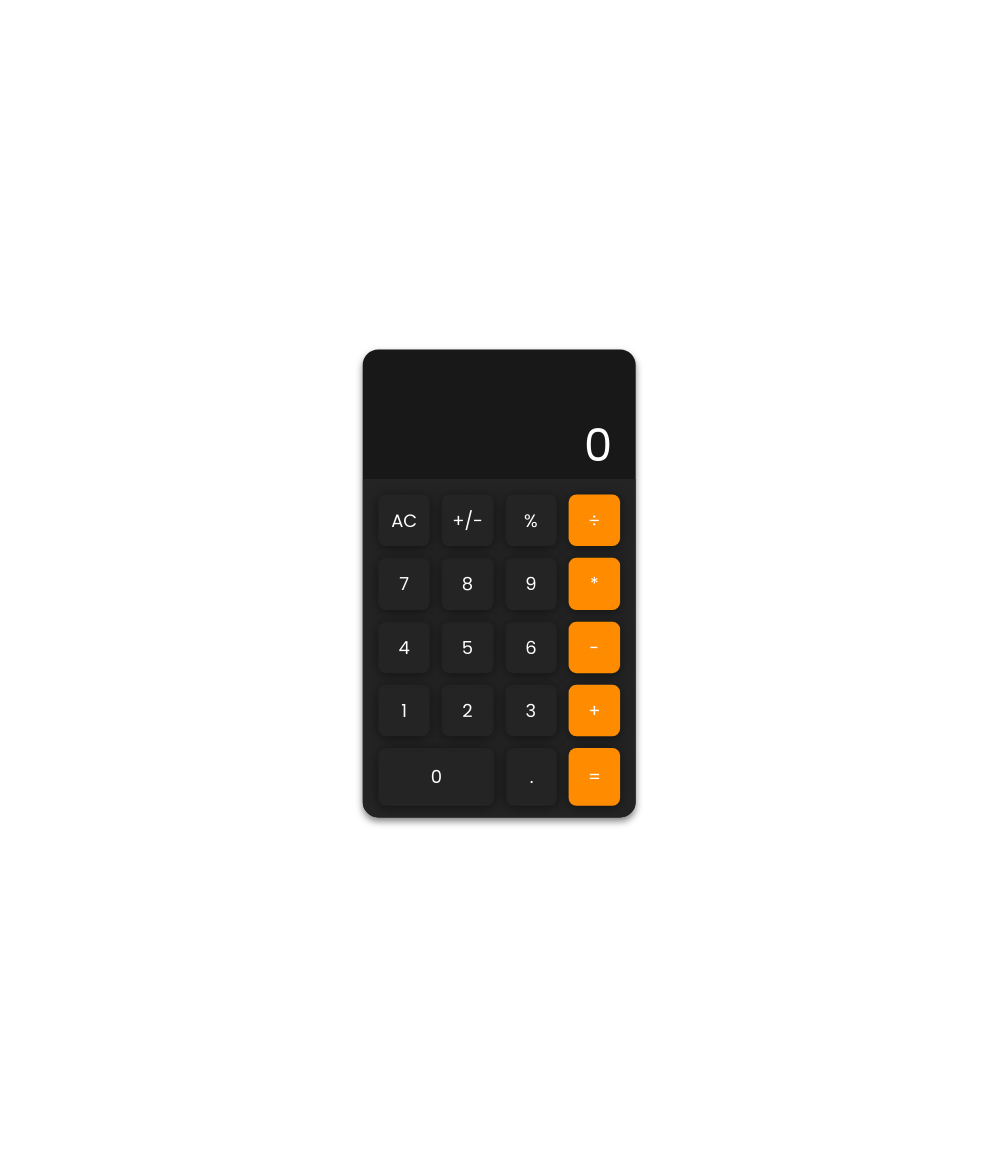
Repository: minhtien9/Calculator
Page: /
An editor plug-in stored every save of this project. The page is shown before and after the next save, followed by the edit.
The browser window is 1280 px wide. The pictures show the whole page, at 78% of full size.
The project was rebuilt for these pictures with package versions that can differ from the ones it lists, and the page was loaded fresh each time.

Above is the page before, as saved 2022-07-21 22:31:09.

### src/index.js
import React from "react";
import ReactDOM from "react-dom/client";
import App from "./App";

const root = ReactDOM.createRoot(document.getElementById("root"));
root.render(
    <React.StrictMode>
        <App />
    </React.StrictMode>
);

// If you want to start measuring performance in your app, pass a function
// to log results (for example: reportWebVitals(console.log))
// or send to an analytics endpoint. Learn more: https://bit.ly/CRA-vitals

### src/App.js
import "./App.css";
import Caculator from "./Components/Caculator";

function App() {
    return (
        <div className='App'>
            <Caculator />
        </div>
    );
}

export default App;

### src/App.css
* {
    padding: 0;
    margin: 0;
    box-sizing: border-box;
    -webkit-user-select: none;
    -webkit-user-drag: none;
    -webkit-app-region: none;
}

### src/Components/Caculator.jsx
import React, { useEffect, useState } from "react";
import "./Caculator.scss";

const Caculator = () => {
    const [inputNum, setInputNum] = useState(0);
    const [calculatedNum, setCalculatedNum] = useState(0);
    const [operator, setOperator] = useState("");
    const [isDecimal, setIsDecimal] = useState(false);
    const [decimalCount, setDecimalCount] = useState(1);
    const [monitor, setMonitor] = useState("");

    useEffect(() => {
        setMonitor(inputNum);
    }, [inputNum]);

    useEffect(() => {
        setMonitor(calculatedNum);
    }, [calculatedNum]);

    // Take input number from keyboard
    const TakeInputNum = (num) => {
        if (isDecimal) {
            num = num / Math.pow(10, decimalCount);
            setDecimalCount(decimalCount + 1);
            setInputNum(parseFloat((inputNum + num).toFixed(decimalCount)));
        } else {
            setInputNum(inputNum * 10 + num);
        }
    };

    // Take operator from keyboard
    const TakeOperator = (operator) => {
        setOperator(operator);
        Calculate();
        setInputNum(0);
    };

    // Do the calculation
    const Calculate = () => {
        setIsDecimal(false);
        setDecimalCount(1);
        if (operator === "/" && inputNum === 0) {
            setCalculatedNum(NaN);
            setInputNum(0);
            return;
        }

        if (calculatedNum === 0 && inputNum === 0) {
            return;
        }

        switch (operator) {
            case "+":
                setCalculatedNum(calculatedNum + inputNum);
                break;
            case "-":
                setCalculatedNum(calculatedNum - inputNum);
                break;
            case "*":
                setCalculatedNum(calculatedNum * inputNum);
                break;
            case "/":
                setCalculatedNum(calculatedNum / inputNum);
                break;

            default:
                break;
        }
        if (operator === "") {
            setCalculatedNum(inputNum);
        } else {
            setInputNum(0);
        }
        return;
    };

    // Get the equation
    const GetEqual = () => {
        Calculate();
        setOperator("");
    };

    // Minus plus
    const minusPlus = () => {
        if (inputNum.chartAt(0) === "-") {
            setInputNum(inputNum.substring(1));
        } else {
            setInputNum("-" + inputNum);
        }
    };

    // Clear All
    const Clear = () => {
        setInputNum(0);
        setCalculatedNum(0);
        setMonitor("");
        setOperator("");
    };

    return (
        <div className='caculator'>
            <section className='monitor'>
                <p className='out-put'>{monitor}</p>
            </section>

            <section className='keyboard'>
                <div className='keyboard-row'>
                    <button
                        className='one-block'
                        onClick={() => {
                            Clear();
                        }}
                    >
                        AC
                    </button>
                    <button className='one-block' onClick={minusPlus}>
                        +/-
                    </button>
                    <button className='one-block'>%</button>
                    <button
                        className='one-block orange'
                        onClick={() => {
                            TakeOperator("/");
                        }}
                    >
                        ÷
                    </button>
                </div>

                <div className='keyboard-row'>
                    <button
                        className='one-block'
                        onClick={() => {
                            TakeInputNum(7);
                        }}
                    >
                        7
                    </button>
                    <button
                        className='one-block'
                        onClick={() => {
                            TakeInputNum(8);
                        }}
                    >
                        8
                    </button>
                    <button
                        className='one-block'
                        onClick={() => {
                            TakeInputNum(9);
                        }}
                    >
                        9
                    </button>
                    <button
                        className='one-block orange'
                        onClick={() => {
                            TakeOperator("*");
                        }}
                    >
                        *
                    </button>
                </div>

                <div className='keyboard-row'>
                    <button
                        className='one-block'
                        onClick={() => {
                            TakeInputNum(4);
                        }}
                    >
                        4
                    </button>
                    <button
                        className='one-block'
                        onClick={() => {
                            TakeInputNum(5);
                        }}
                    >
                        5
                    </button>
                    <button
                        className='one-block'
                        onClick={() => {
                            TakeInputNum(6);
                        }}
                    >
                        6
                    </button>
                    <button
                        className='one-block orange'
                        onClick={() => {
                            TakeOperator("-");
                        }}
                    >
                        -
                    </button>
                </div>

                <div className='keyboard-row'>
                    <button
                        className='one-block'
                        onClick={() => {
                            TakeInputNum(1);
                        }}
                    >
                        1
                    </button>
                    <button
                        className='one-block'
                        onClick={() => {
                            TakeInputNum(2);
                        }}
                    >
                        2
                    </button>
                    <button
                        className='one-block'
                        onClick={() => {
                            TakeInputNum(3);
                        }}
                    >
                        3
                    </button>
                    <button
                        className='one-block orange'
                        onClick={() => {
                            TakeOperator("+");
                        }}
                    >
                        +
                    </button>
                </div>

                <div className='keyboard-row'>
                    <button
                        className='two-block'
                        onClick={() => {
                            TakeInputNum(0);
                        }}
                    >
                        0
                    </button>
                    <button
                        className='one-block'
                        onClick={() => {
                            setIsDecimal(true);
                        }}
                    >
                        .
                    </button>
                    <button
                        className='one-block orange'
                        onClick={() => {
                            GetEqual();
                        }}
                    >
                        =
                    </button>
                </div>
            </section>
        </div>
    );
};

export default Caculator;

### src/Components/Caculator.scss
@import url("https://fonts.googleapis.com/css2?family=Poppins:ital,wght@0,100;0,200;0,300;0,400;0,500;0,600;0,700;0,800;0,900;1,100;1,200;1,300;1,400;1,500;1,600;1,700;1,800;1,900&display=swap");

* {
    font-family: "Poppins";
    font-size: 23px;
    color: white;
}

button {
    border: none;
    background: none;
    cursor: pointer;
    border-radius: 10px;
    box-shadow: 0 2px 15px 0 rgba(0, 0, 0, 0.5);
}

button:hover {
    background-color: grey;
}

.orange {
    background: darkorange;
    color: white;
}

.caculator {
    width: 350px;
    height: 600px;
    margin: 35% auto;
    background-color: rgb(24, 24, 24);
    display: flex;
    flex-direction: column;
    border-radius: 20px;
    overflow: hidden;
    box-shadow: 0px 5px 10px 0px rgba(0, 0, 0, 0.5);
}

.monitor {
    .out-put {
        margin: 80px 30px 0px;
        font-size: 2.5rem;
        text-align: right;
    }
}

.keyboard {
    display: flex;
    flex-direction: column;
    background: rgb(36, 36, 36);
    gap: 15px;
    padding: 20px;
}

.keyboard-row {
    display: flex;
    gap: 15px;
    .one-block {
        width: 25%;
        aspect-ratio: 1/1;
    }

    .two-block {
        width: calc(50% - -21px);
        aspect-ratio: 2/1;
    }
}

Loaded but not shown: public/index.html (common file)

After the next save:
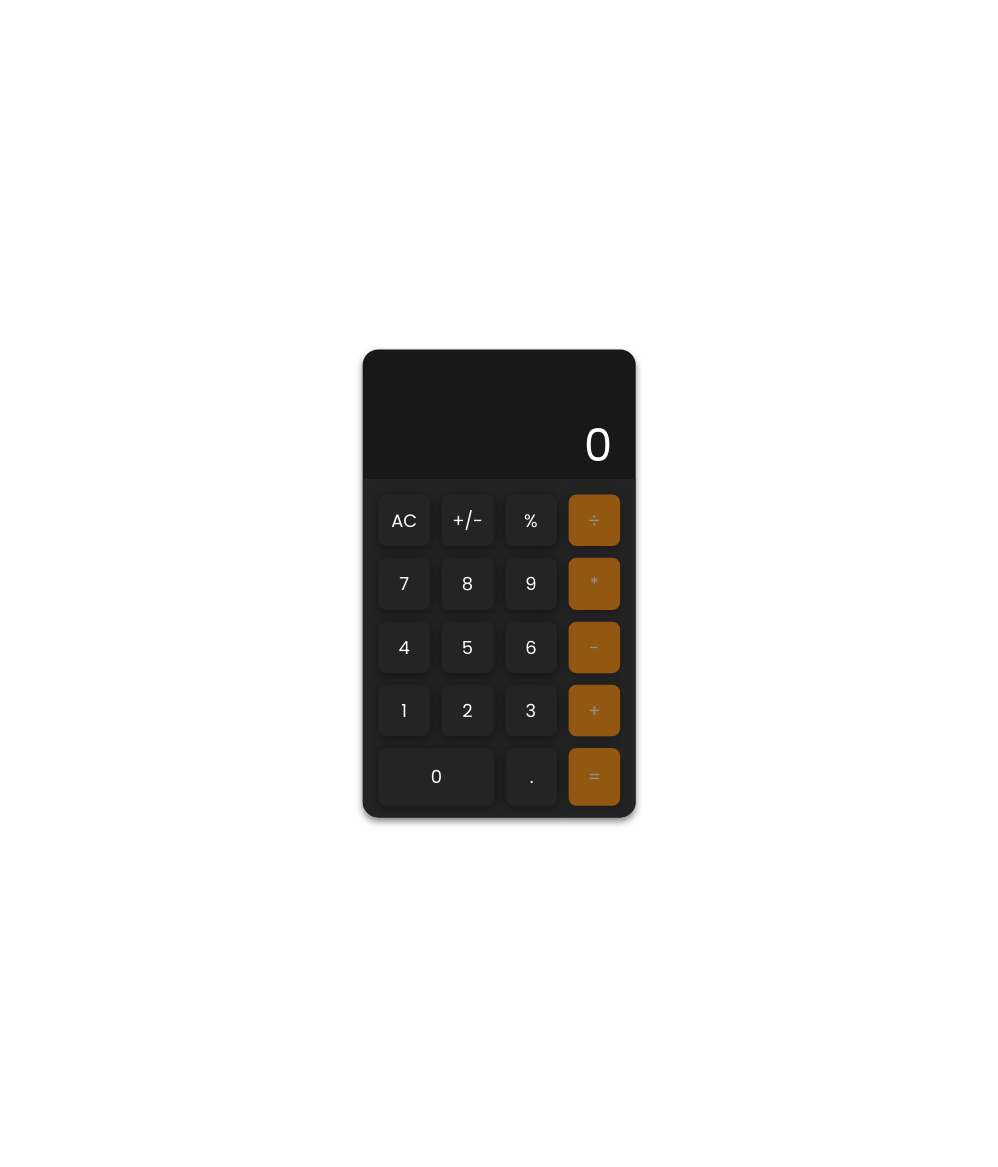
Saved 76 s later.
--- a/src/Components/Caculator.scss
+++ b/src/Components/Caculator.scss
@@ -21,6 +21,7 @@
 .orange {
     background: darkorange;
     color: white;
+    opacity: 0.5;
 }
 
 .caculator {

After the save that followed:
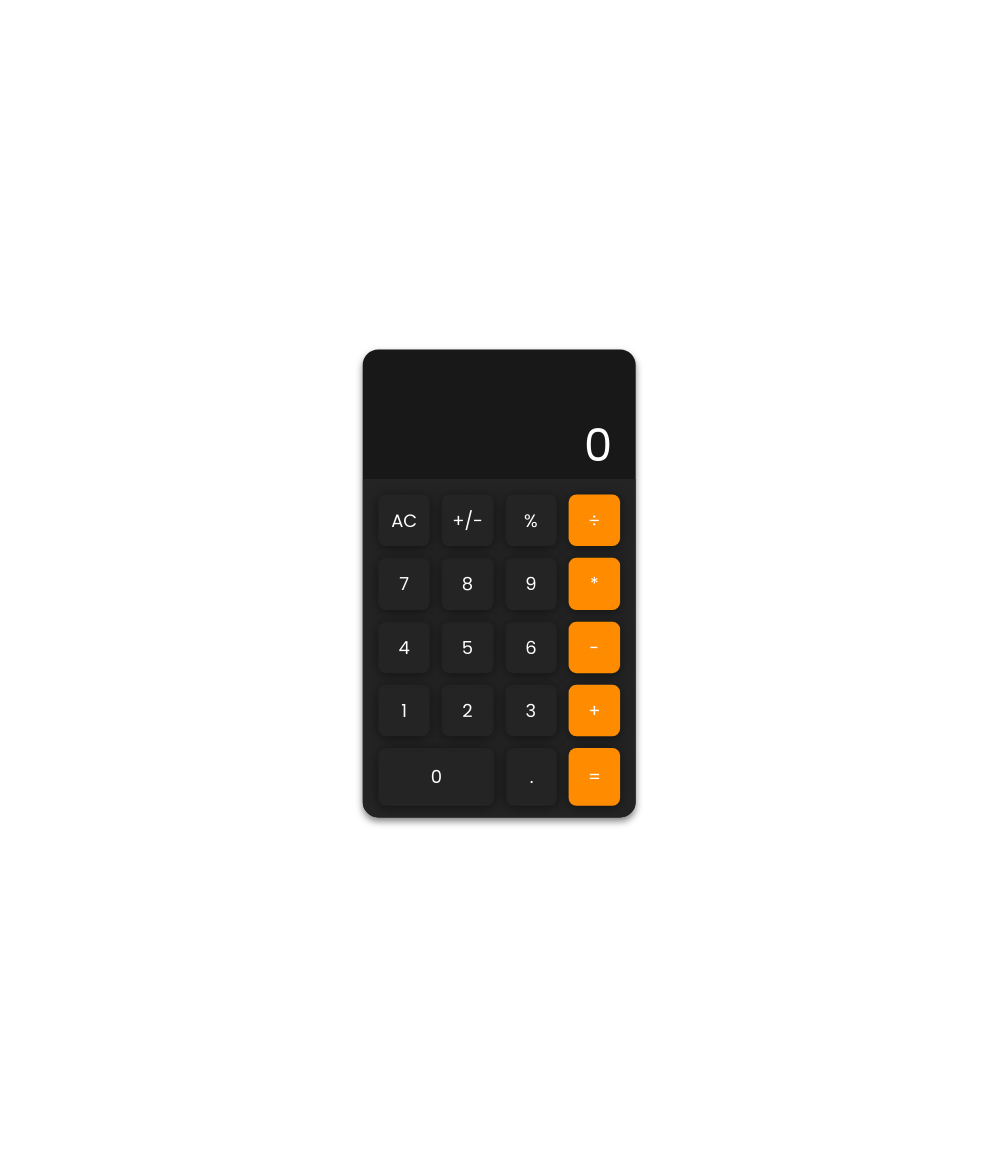
Saved 10 s later.
--- a/src/Components/Caculator.scss
+++ b/src/Components/Caculator.scss
@@ -15,13 +15,13 @@
 }
 
 button:hover {
+    opacity: 0.5;
     background-color: grey;
 }
 
 .orange {
     background: darkorange;
     color: white;
-    opacity: 0.5;
 }
 
 .caculator {
